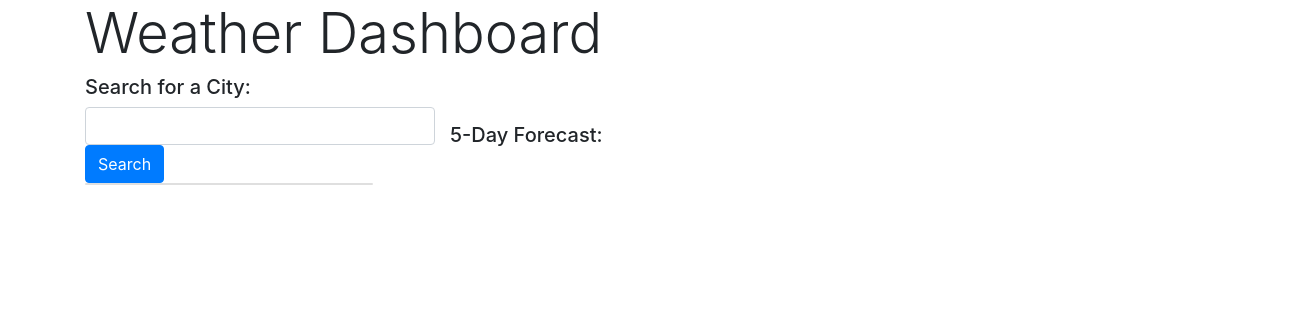
Repository: LaBrewT2/weather-dashboard
Page: index.html
An editor plug-in stored every save of this project. The page is shown before and after the next save, followed by the edit.
The browser window is 1280 px wide. The page is 1280 px wide, then 1295 px, so the pictures cover 1295 px, including what lies to the right of the window. The pictures show the whole page.
Some web libraries are served in a nearby version.

Above is the page before, as saved 2020-11-26 19:48:16.

After the next save:
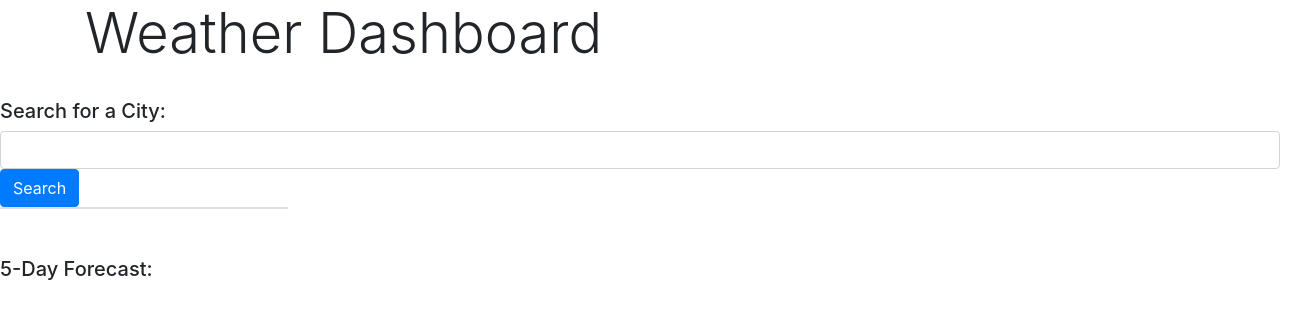
Saved 25 s later.
--- a/index.html
+++ b/index.html
@@ -22,8 +22,7 @@
 </div>
 
 <!-- Page main container with rows -->
-<div id ="maincontainer" class="container">
-  <div class="row">
+<di
 
   <div class="col-4" id = "searchBlock">
 
